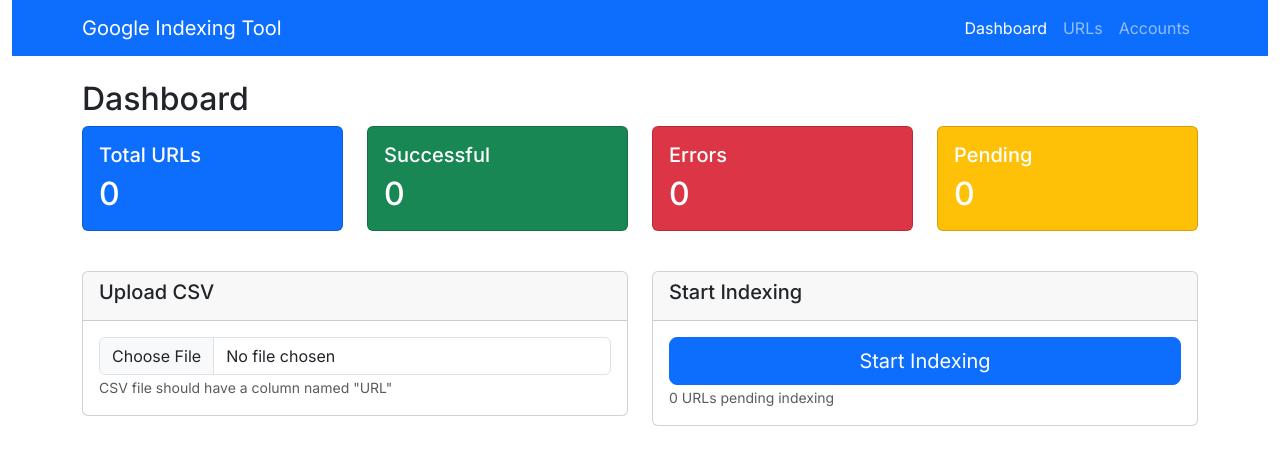
Repository: deepak445566/kl
Page: / (app in front/)
An editor plug-in stored every save of this project. The page is shown before and after the next save, followed by the edit.
The browser window is 1280 px wide. The pictures show the whole page.
The page's requests for data from a server got no answer. The project was rebuilt for these pictures with package versions that can differ from the ones it lists, and the page was loaded fresh each time. No one was signed in, and anything a server would have sent is missing. Also part of the build but not shown: front/vite.config.js.

Above is the page before, as saved 2025-11-27 11:22:07.

After the next save:
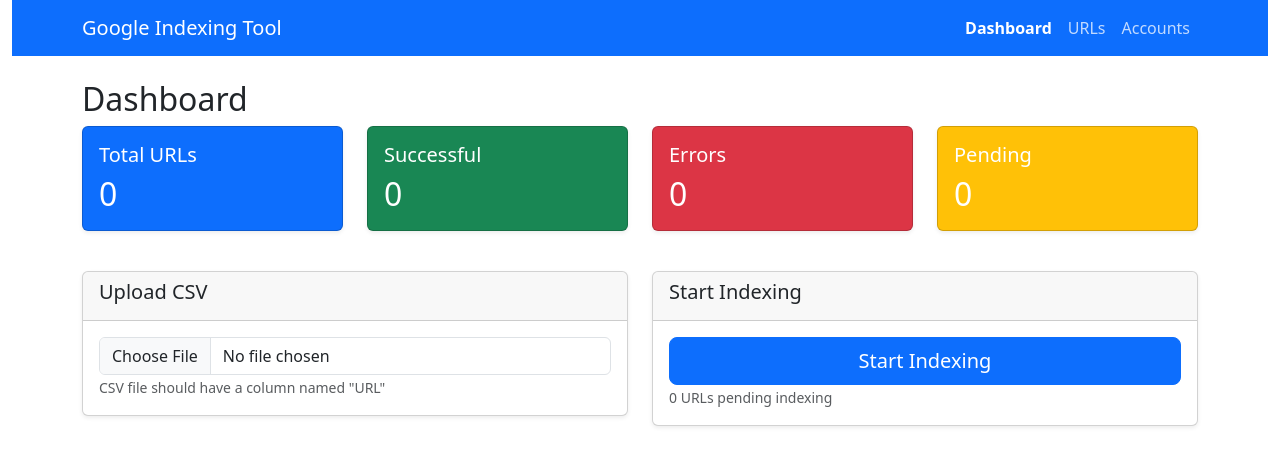
Saved 22 s later.
--- a/front/src/App.css
+++ b/front/src/App.css
@@ -1,67 +1,23 @@
-/* Custom Styles */
-@import url('https://fonts.googleapis.com/css2?family=Inter:wght@300;400;500;600;700&display=swap');
-
-body {
-  font-family: 'Inter', sans-serif;
-  margin: 0;
-  padding: 0;
+.navbar-nav .btn-link {
+  color: rgba(255,255,255,.75) !important;
+  text-decoration: none;
+  border: none;
 }
 
-/* Smooth transitions */
-* {
-  transition: all 0.2s ease-in-out;
+.navbar-nav .btn-link.active {
+  color: white !important;
+  font-weight: bold;
 }
 
-/* Custom scrollbar */
-::-webkit-scrollbar {
-  width: 6px;
+.navbar-nav .btn-link:hover {
+  color: white !important;
 }
 
-::-webkit-scrollbar-track {
-  background: #f1f5f9;
-  border-radius: 3px;
+.card {
+  box-shadow: 0 0.125rem 0.25rem rgba(0, 0, 0, 0.075);
 }
 
-::-webkit-scrollbar-thumb {
-  background: #cbd5e1;
-  border-radius: 3px;
+.table-responsive {
+  max-height: 600px;
+  overflow-y: auto;
 }
-
-::-webkit-scrollbar-thumb:hover {
-  background: #94a3b8;
-}
-
-/* Loading animation */
-@keyframes spin {
-  to {
-    transform: rotate(360deg);
-  }
-}
-
-.animate-spin {
-  animation: spin 1s linear infinite;
-}
-
-/* Hover effects */
-.hover-lift:hover {
-  transform: translateY(-2px);
-}
-
-/* Truncate text */
-.truncate {
-  overflow: hidden;
-  text-overflow: ellipsis;
-  white-space: nowrap;
-}
-
-/* Focus styles */
-button:focus, input:focus {
-  outline: none;
-  ring: 2px;
-}
-
-/* Disabled states */
-button:disabled, input:disabled {
-  cursor: not-allowed;
-  opacity: 0.6;
-}
